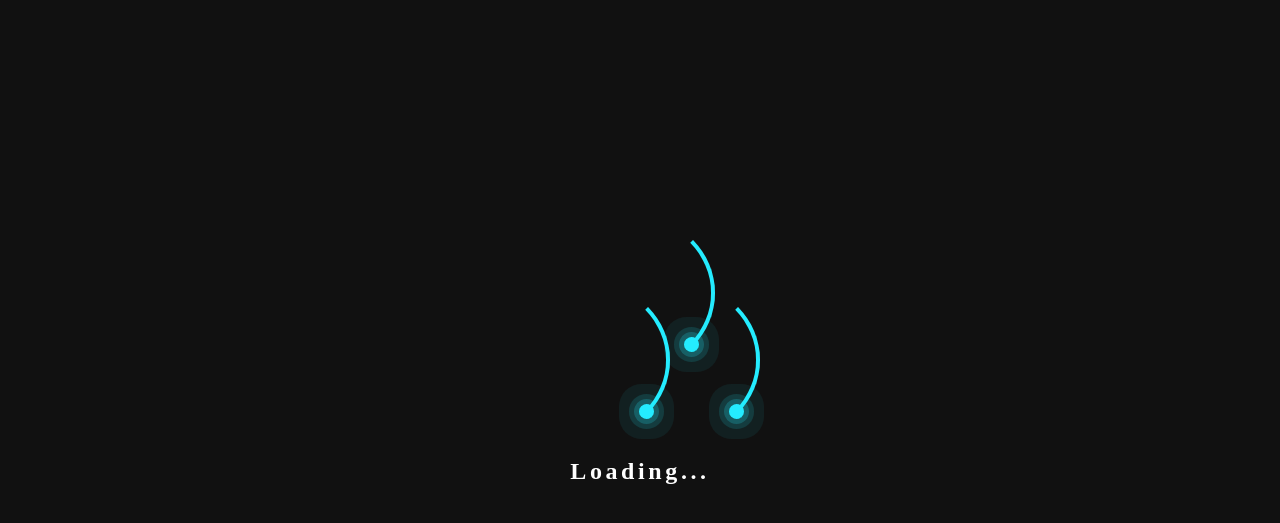
Repository: kiranjeetkaur01/csseffect.github.io
Page: index.html
These files come from the project's save history. The page is drawn as it stood at one moment and after a run of saves; the edit follows.
The browser window is 1280 px wide. The pictures show the whole page.

Above is the page before, as saved 2023-09-08 12:00:26.

After the next 4 saves:
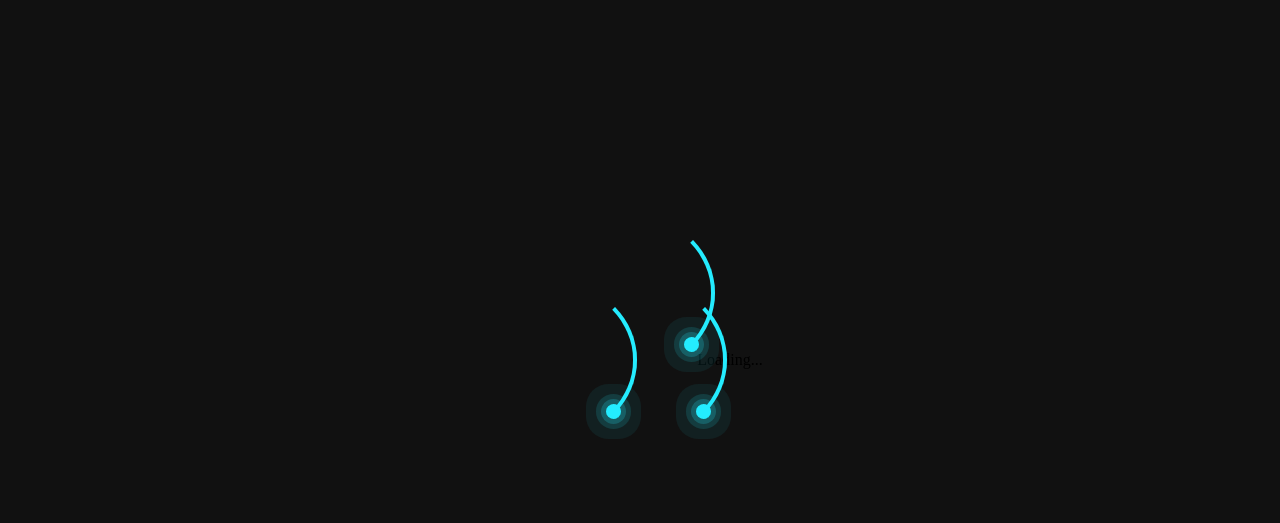
The 4 saves are shown as one change because they came seconds apart.
The last was saved 65 s later.
--- a/style.css
+++ b/style.css
@@ -54,6 +54,8 @@
     top: -66.6px;
 
 }
+.container .ring:nth-child(3)
+.container .ring:nth-child(3)
 .container p{
     position: absolute;
     color: #fff;

After the 4 saves that followed:
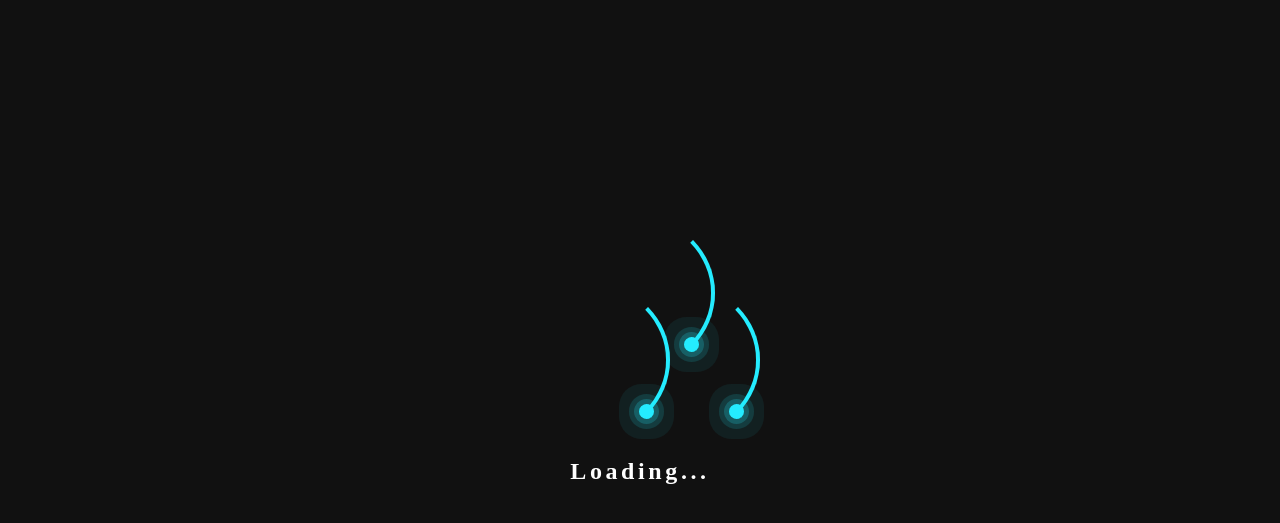
The 4 saves are shown as one change because 2 left the picture as it was and some came seconds apart.
The last was saved 20 s later.
--- a/style.css
+++ b/style.css
@@ -54,8 +54,12 @@
     top: -66.6px;
 
 }
-.container .ring:nth-child(3)
-.container .ring:nth-child(3)
+.container .ring:nth-child(2){
+
+}
+.container .ring:nth-child(1){
+
+}
 .container p{
     position: absolute;
     color: #fff;
